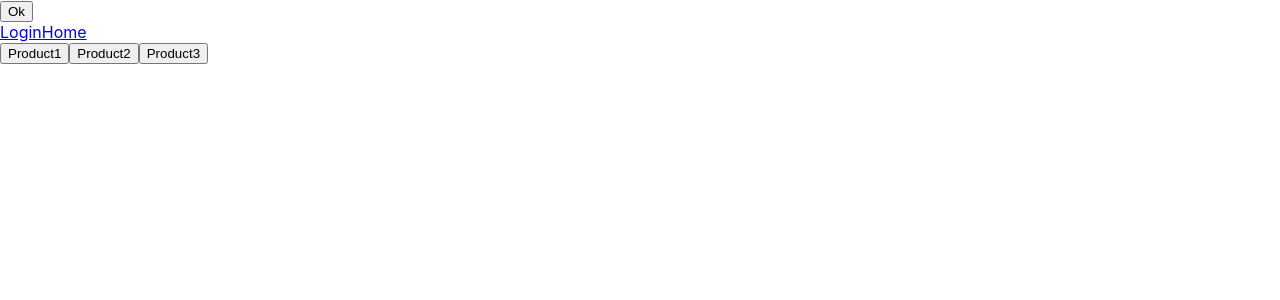
Repository: alinasuciu/endava-test
Page: /
These files come from the project's save history. The page is drawn as it stood at one moment and after the next save; the edit follows.
The browser window is 1280 px wide. The pictures show the whole page.
The project was rebuilt for these pictures with package versions that can differ from the ones it lists, and the page was loaded fresh each time. Also part of the build but not shown: src/components/InputPasswordComponent/index.js, src/components/InputTextComponent/index.js, src/views/Login/Form/index.js, src/views/Login/index.js.

Above is the page before, as saved 2022-08-03 17:04:30.

After the next save:
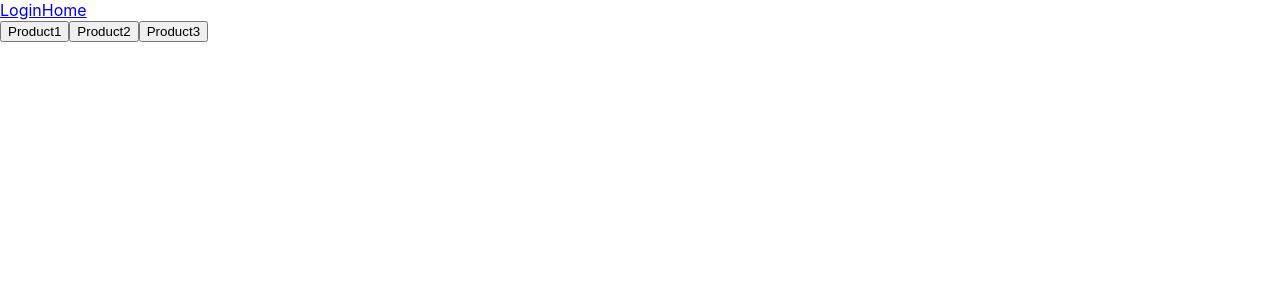
Saved 2 min 16 s later.
--- a/src/App.js
+++ b/src/App.js
@@ -1,15 +1,17 @@
-import React from "react";
+import React, { useContext } from "react";
 import ViewRoutes from "./views/routes";
 import ApiErrorProvider from "./common/providers";
 import ApiErrorNotification from './components/ApiErrorNotification';
+import { ApiErrorContext } from "./common/providers";
 import Header from "./layout/Header";
 
 const App = () => {
 
+  const { error } = useContext(ApiErrorContext);
   return (
     <div className="App">
       <ApiErrorProvider>
-        <ApiErrorNotification />
+        {error && <ApiErrorNotification />}
         <Header />
         <ViewRoutes />
       </ApiErrorProvider>
